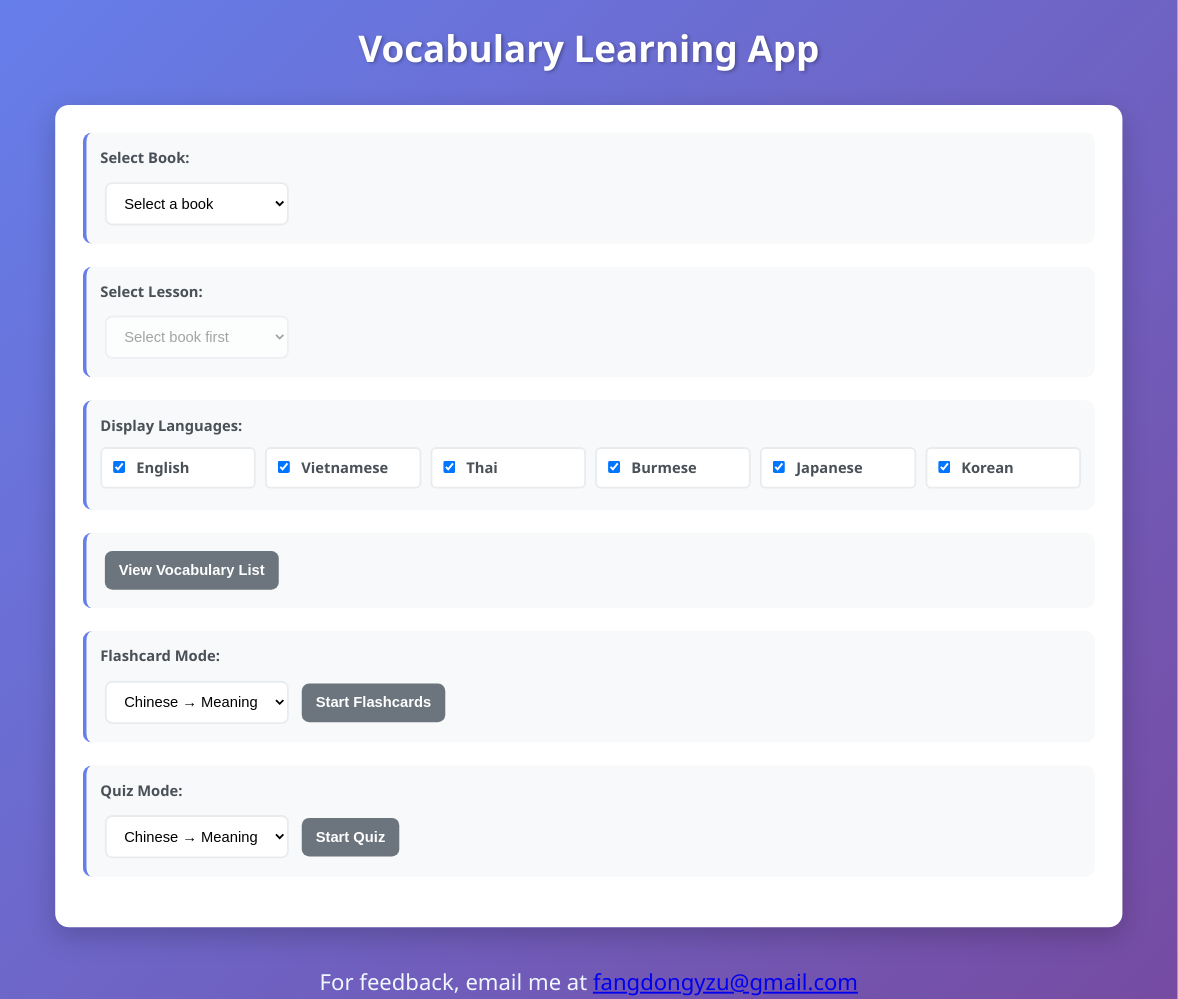
Repository: fangdongyzu/dangdaiflashcards
Page: index.html
These files come from the project's save history. The page is drawn as it stood at one moment and after the next save; the edit follows.
The browser window is 1280 px wide. The pictures show the whole page, at 92% of full size.

Above is the page before, as saved 2025-11-28 09:55:58.

### index.html
<!DOCTYPE html>
<html lang="en">
<head>
    <meta charset="UTF-8">
    <meta name="viewport" content="width=device-width, initial-scale=1.0">
    <title>Vocabulary Learning App</title>
    <link rel="stylesheet" href="style.css">
</head>
<body>
    <div class="container">
        <header>
            <h1>Vocabulary Learning App</h1>
        </header>

        <div id="control-panel">
            <!-- Book and Lesson Selection -->
            <div class="control-group">
                <label for="book-select">Select Book:</label>
                <select id="book-select">
                    <option value="">Select a book</option>
                    <option value="B1">Book 1</option>
                    <option value="B2">Book 2</option>
                    <option value="B3">Book 3</option>
                    <option value="B4">Book 4</option>
                    <option value="B5">Book 5</option>
                    <option value="B6">Book 6</option>
                </select>
            </div>

            <div class="control-group">
                <label for="lesson-select">Select Lesson:</label>
                <select id="lesson-select" disabled>
                    <option value="">Select book first</option>
                </select>
            </div>

            <!-- Language Selection -->
            <div class="control-group">
                <label>Display Languages:</label>
                <div class="language-selection">
                    <label class="checkbox-label">
                        <input type="checkbox" name="language" value="english" checked> English
                    </label>
                    <label class="checkbox-label">
                        <input type="checkbox" name="language" value="vietnamese" checked> Vietnamese
                    </label>
                    <label class="checkbox-label">
                        <input type="checkbox" name="language" value="thai" checked> Thai
                    </label>
                    <label class="checkbox-label">
                        <input type="checkbox" name="language" value="burmese" checked> Burmese
                    </label>
                    <label class="checkbox-label">
                        <input type="checkbox" name="language" value="japanese" checked> Japanese
                    </label>
                    <label class="checkbox-label">
                        <input type="checkbox" name="language" value="korean" checked> Korean
                    </label>
                </div>
            </div>

            <!-- Study Controls -->
            <div class="control-group">
                <button id="view-list-btn" disabled>View Vocabulary List</button>
            </div>

            <div class="control-group">
                <label for="flashcard-mode">Flashcard Mode:</label>
                <select id="flashcard-mode">
                    <option value="chinese-meaning">Chinese → Meaning</option>
                    <option value="meaning-chinese">Meaning → Chinese</option>
                    <option value="pinyin-chinese">Pinyin → Chinese</option>
                </select>
                <button id="start-flashcards-btn" disabled>Start Flashcards</button>
            </div>

            <div class="control-group">
                <label for="quiz-mode">Quiz Mode:</label>
                <select id="quiz-mode">
                    <option value="chinese-meaning">Chinese → Meaning</option>
                    <option value="meaning-chinese">Meaning → Chinese</option>
                    <option value="chinese-pinyin">Chinese → Pinyin</option>
                    <option value="pinyin-chinese">Pinyin → Chinese</option>
                </select>
                <button id="start-quiz-btn" disabled>Start Quiz</button>
            </div>
        </div>

        <!-- Study Area -->
        <div id="study-area" class="hidden">
            <!-- Vocabulary List View -->
            <div id="list-view" class="hidden">
                <div class="study-header">
                    <h2>Vocabulary List - Lesson <span id="current-lesson-display"></span></h2>
                    <button class="exit-btn">← Back to Controls</button>
                </div>
                <div class="table-container">
                    <table id="vocab-table">
                        <thead>
                            <tr>
                                <th>Chinese</th>
                                <th>Pinyin</th>
                                <th>Translations</th>
                            </tr>
                        </thead>
                        <tbody id="vocab-table-body"></tbody>
                    </table>
                </div>
            </div>

            <!-- Flashcard View -->
            <div id="flashcard-view" class="hidden">
                <div class="study-header">
                    <h2>Flashcards - Lesson <span id="fc-lesson-display"></span></h2>
                    <button class="exit-btn">← Back to Controls</button>
                </div>

                <div class="flashcard-container">
                    <div class="progress-bar">
                        <div id="flashcard-progress" class="progress-fill"></div>
                    </div>
                    <div class="progress-text" id="fc-progress">0/0</div>

                    <div id="flashcard" class="flashcard">
                        <div class="card-face card-front">
                            <div id="card-front-content"></div>
                        </div>
                        <div class="card-face card-back">
                            <div id="card-back-content"></div>
                        </div>
                    </div>

                    <div class="flashcard-controls">
                        <button id="prev-btn">Previous</button>
                        <button id="next-btn">Next</button>
                    </div>
                </div>
            </div>

            <!-- Quiz View -->
            <div id="quiz-view" class="hidden">
                <div class="study-header">
                    <h2>Quiz - Lesson <span id="quiz-lesson-display"></span></h2>
                    <button class="exit-btn">← Back to Controls</button>
                </div>

                <div class="quiz-container">
                    <div class="quiz-progress">
                        <div class="progress-bar">
                            <div id="quiz-progress" class="progress-fill"></div>
                        </div>
                    </div>

                    <div class="quiz-stats">
                        <div class="score">Score: <span id="quiz-score">0</span></div>
                    </div>

                    <div class="question-area">
                        <div id="quiz-question" class="question"></div>
                    </div>

                    <div id="quiz-options" class="options-grid"></div>

                    <div id="quiz-feedback" class="feedback"></div>

                    <button id="next-question-btn" class="hidden">Next Question</button>

                    <div id="quiz-result" class="result hidden">
                        <h3>Quiz Complete!</h3>
                        <div id="final-score" class="final-score"></div>
                        <button id="retry-quiz-btn">Try Again</button>
                    </div>
                </div>
            </div>
        </div>
    </div>

    <script src="script.js"></script>
</body>
<footer style="text-align: center; color: aliceblue;font-size: 1.5em;">
    For feedback, email me at <a href="mailto:fangdongyzu@gmail.com">fangdongyzu@gmail.com</a>
</footer>
</html>

### style.css
* {
    margin: 0;
    padding: 0;
    box-sizing: border-box;
}

body {
    font-family: 'Segoe UI', Tahoma, Geneva, Verdana, sans-serif;
    line-height: 1.6;
    color: #333;
    background: linear-gradient(135deg, #667eea 0%, #764ba2 100%);
    min-height: 100vh;
}

.container {
    max-width: 1200px;
    margin: 0 auto;
    padding: 20px;
}

header {
    text-align: center;
    margin-bottom: 30px;
}

header h1 {
    color: white;
    font-size: 2.5rem;
    text-shadow: 2px 2px 4px rgba(0,0,0,0.3);
}

/* Control Panel */
#control-panel {
    background: white;
    border-radius: 15px;
    padding: 30px;
    box-shadow: 0 10px 30px rgba(0,0,0,0.2);
    margin-bottom: 20px;
}

.control-group {
    margin-bottom: 25px;
    padding: 15px;
    background: #f8f9fa;
    border-radius: 10px;
    border-left: 4px solid #667eea;
}

.control-group label {
    display: block;
    margin-bottom: 8px;
    font-weight: 600;
    color: #495057;
}

select, button {
    padding: 12px 15px;
    border: 2px solid #e9ecef;
    border-radius: 8px;
    font-size: 1rem;
    margin: 5px;
    transition: all 0.3s ease;
}

select {
    background: white;
    min-width: 200px;
}

button {
    background: #667eea;
    color: white;
    border: none;
    cursor: pointer;
    font-weight: 600;
}

button:hover:not(:disabled) {
    background: #5a6fd8;
    transform: translateY(-2px);
    box-shadow: 0 5px 15px rgba(0,0,0,0.2);
}

button:disabled {
    background: #6c757d;
    cursor: not-allowed;
    transform: none;
    box-shadow: none;
}

/* Language Selection */
.language-selection {
    display: grid;
    grid-template-columns: repeat(auto-fit, minmax(120px, 1fr));
    gap: 10px;
    margin-top: 10px;
}

.checkbox-label {
    display: flex;
    align-items: center;
    padding: 8px 12px;
    background: white;
    border-radius: 6px;
    border: 2px solid #e9ecef;
    cursor: pointer;
    transition: all 0.3s ease;
}

.checkbox-label:hover {
    border-color: #667eea;
    background: #f8f9ff;
}

.checkbox-label input {
    margin-right: 8px;
}

/* Study Area */
#study-area {
    background: white;
    border-radius: 15px;
    padding: 30px;
    box-shadow: 0 10px 30px rgba(0,0,0,0.2);
}

.study-header {
    display: flex;
    justify-content: space-between;
    align-items: center;
    margin-bottom: 30px;
    padding-bottom: 15px;
    border-bottom: 2px solid #e9ecef;
}

.study-header h2 {
    color: #495057;
    flex: 1;
}

.exit-btn {
    background: #6c757d;
}

.exit-btn:hover {
    background: #5a6268;
}

/* Hidden utility */
.hidden {
    display: none !important;
}

/* Vocabulary List */
.table-container {
    overflow-x: auto;
}

#vocab-table {
    width: 100%;
    border-collapse: collapse;
    background: white;
    border-radius: 10px;
    overflow: hidden;
    box-shadow: 0 5px 15px rgba(0,0,0,0.1);
}

#vocab-table th {
    background: #667eea;
    color: white;
    padding: 15px;
    text-align: left;
    font-weight: 600;
}

#vocab-table td {
    padding: 12px 15px;
    border-bottom: 1px solid #e9ecef;
}

#vocab-table tr:hover {
    background: #f8f9ff;
}

.chinese-cell {
    font-family: 'Microsoft YaHei', 'SimHei', sans-serif;
}

/* Flashcards - UPDATED FOR TOP-DOWN FLIP */
.flashcard-container {
    max-width: 500px;
    margin: 0 auto;
    text-align: center;
}

.progress-bar {
    width: 100%;
    height: 8px;
    background: #e9ecef;
    border-radius: 4px;
    margin-bottom: 10px;
    overflow: hidden;
}

.progress-fill {
    height: 100%;
    background: #28a745;
    transition: width 0.3s ease;
}

.progress-text {
    margin-bottom: 30px;
    color: #6c757d;
    font-weight: 600;
}

.flashcard {
    width: 100%;
    height: 300px;
    perspective: 1000px;
    margin: 0 auto 30px;
    cursor: pointer;
}

.card-face {
    position: absolute;
    width: 100%;
    height: 100%;
    backface-visibility: hidden;
    border-radius: 15px;
    padding: 30px;
    display: flex;
    align-items: center;
    justify-content: center;
    box-shadow: 0 10px 30px rgba(0,0,0,0.1);
    transition: transform 0.6s ease;
}

.card-front {
    background: linear-gradient(135deg, #667eea 0%, #764ba2 100%);
    color: white;
    transform: rotateX(0deg);
}

.card-back {
    background: white;
    color: #333;
    transform: rotateX(180deg);
    border: 3px solid #667eea;
}

/* Changed from rotateY to rotateX for top-down flip */
.flashcard.flipped .card-front {
    transform: rotateX(180deg);
}

.flashcard.flipped .card-back {
    transform: rotateX(0deg);
}

.chinese-text {
    font-size: 3rem;
    font-weight: bold;
    font-family: 'Microsoft YaHei', 'SimHei', sans-serif;
}

.pinyin-text {
    font-size: 2rem;
    color: #666;
    margin-bottom: 20px;
}

.meaning-grid {
    display: grid;
    grid-template-columns: 1fr;
    gap: 10px;
    text-align: left;
    width: 100%;
}

.meaning-item {
    padding: 8px 12px;
    background: #f8f9fa;
    border-radius: 6px;
    border-left: 3px solid #667eea;
}

.meaning-label {
    font-weight: bold;
    color: #667eea;
    margin-right: 8px;
}

.flashcard-controls {
    display: flex;
    justify-content: center;
    gap: 15px;
}

/* Quiz - UPDATED FOR NEXT BUTTON POSITION */
.quiz-container {
    max-width: 800px;
    margin: 0 auto;
    position: relative;
}

.quiz-progress {
    margin-bottom: 20px;
}

.quiz-stats {
    text-align: center;
    margin-bottom: 30px;
}

.score {
    font-size: 1.2rem;
    font-weight: bold;
    color: #667eea;
}

.question {
    font-size: 2rem;
    text-align: center;
    margin-bottom: 30px;
    padding: 30px;
    background: #f8f9fa;
    border-radius: 10px;
    border-left: 4px solid #667eea;
}

.options-grid {
    display: grid;
    grid-template-columns: repeat(auto-fit, minmax(300px, 1fr));
    gap: 15px;
    margin-bottom: 20px;
}

.quiz-option {
    padding: 20px;
    background: white;
    border: 2px solid #e9ecef;
    border-radius: 10px;
    cursor: pointer;
    transition: all 0.3s ease;
    text-align: center;
}

.quiz-option:hover {
    border-color: #667eea;
    transform: translateY(-2px);
    box-shadow: 0 5px 15px rgba(0,0,0,0.1);
}

.quiz-option.correct {
    background: #d4edda;
    border-color: #28a745;
    color: #155724;
}

.quiz-option.incorrect {
    background: #f8d7da;
    border-color: #dc3545;
    color: #721c24;
}

.feedback {
    min-height: 50px;
    margin-bottom: 20px;
}

/* Next Question Button - Positioned to the right */
#next-question-btn {
    display: block;
    margin-left: auto;
    margin-right: 0;
    min-width: 150px;
}

.result {
    text-align: center;
    padding: 40px;
}

.final-score {
    font-size: 3rem;
    font-weight: bold;
    color: #667eea;
    margin: 20px 0;
}

/* Responsive */
@media (max-width: 768px) {
    .container {
        padding: 10px;
    }

    .control-group {
        padding: 10px;
    }

    .language-selection {
        grid-template-columns: 1fr 1fr;
    }

    .chinese-text {
        font-size: 2rem;
    }

    .pinyin-text {
        font-size: 1.5rem;
    }

    .flashcard {
        height: 250px;
    }

    .options-grid {
        grid-template-columns: 1fr;
    }

    .study-header {
        flex-direction: column;
        gap: 15px;
        text-align: center;
    }

    #next-question-btn {
        margin: 0 auto;
        width: 100%;
    }
}

Loaded but not shown: script.js (643 lines, source omitted)

After the next save:
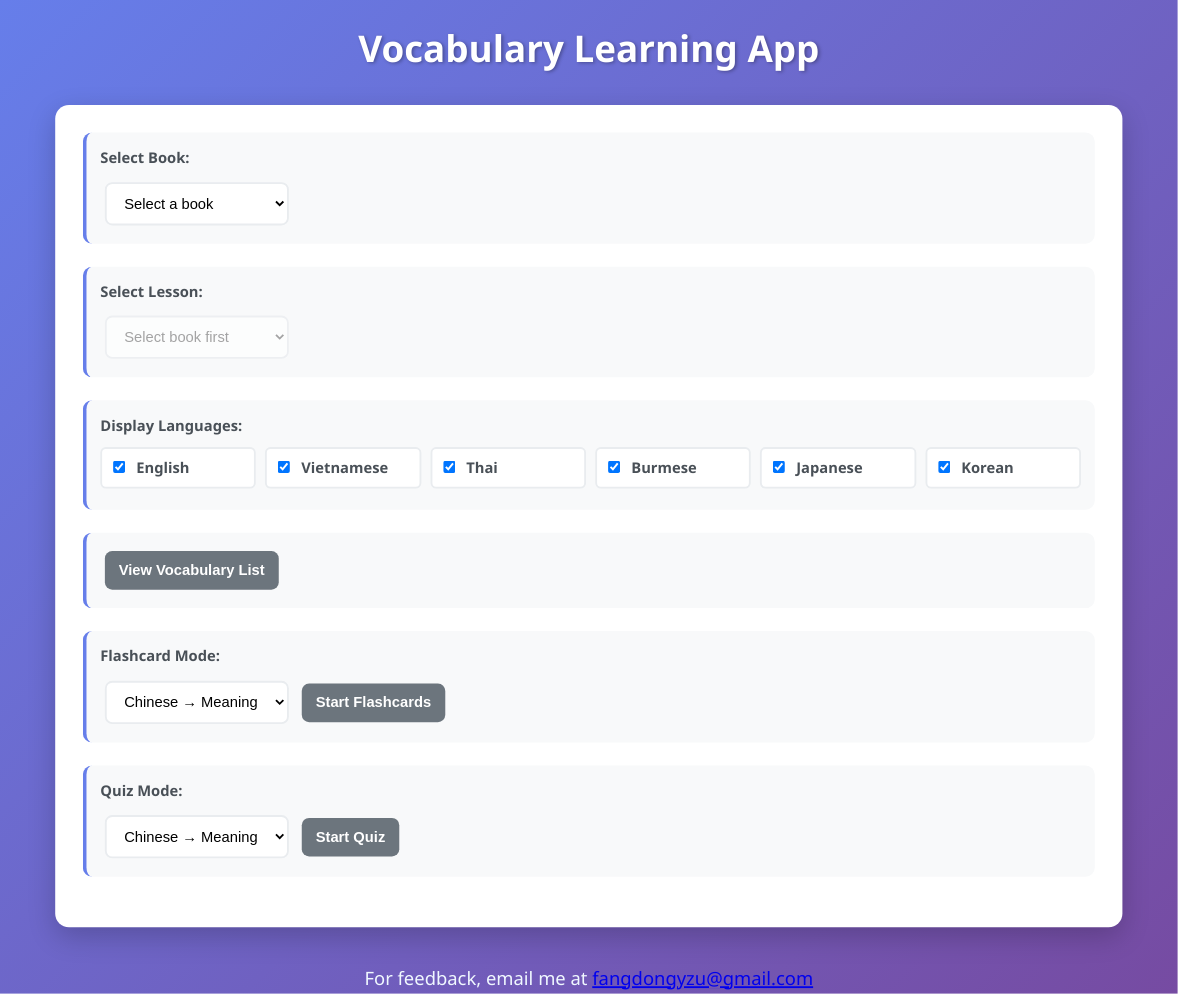
Saved 4 s later.
--- a/index.html
+++ b/index.html
@@ -177,7 +177,7 @@
 
     <script src="script.js"></script>
 </body>
-<footer style="text-align: center; color: aliceblue;font-size: 1.5em;">
+<footer style="text-align: center; color: aliceblue;font-size: 1.25em;">
     For feedback, email me at <a href="mailto:fangdongyzu@gmail.com">fangdongyzu@gmail.com</a>
 </footer>
 </html>
